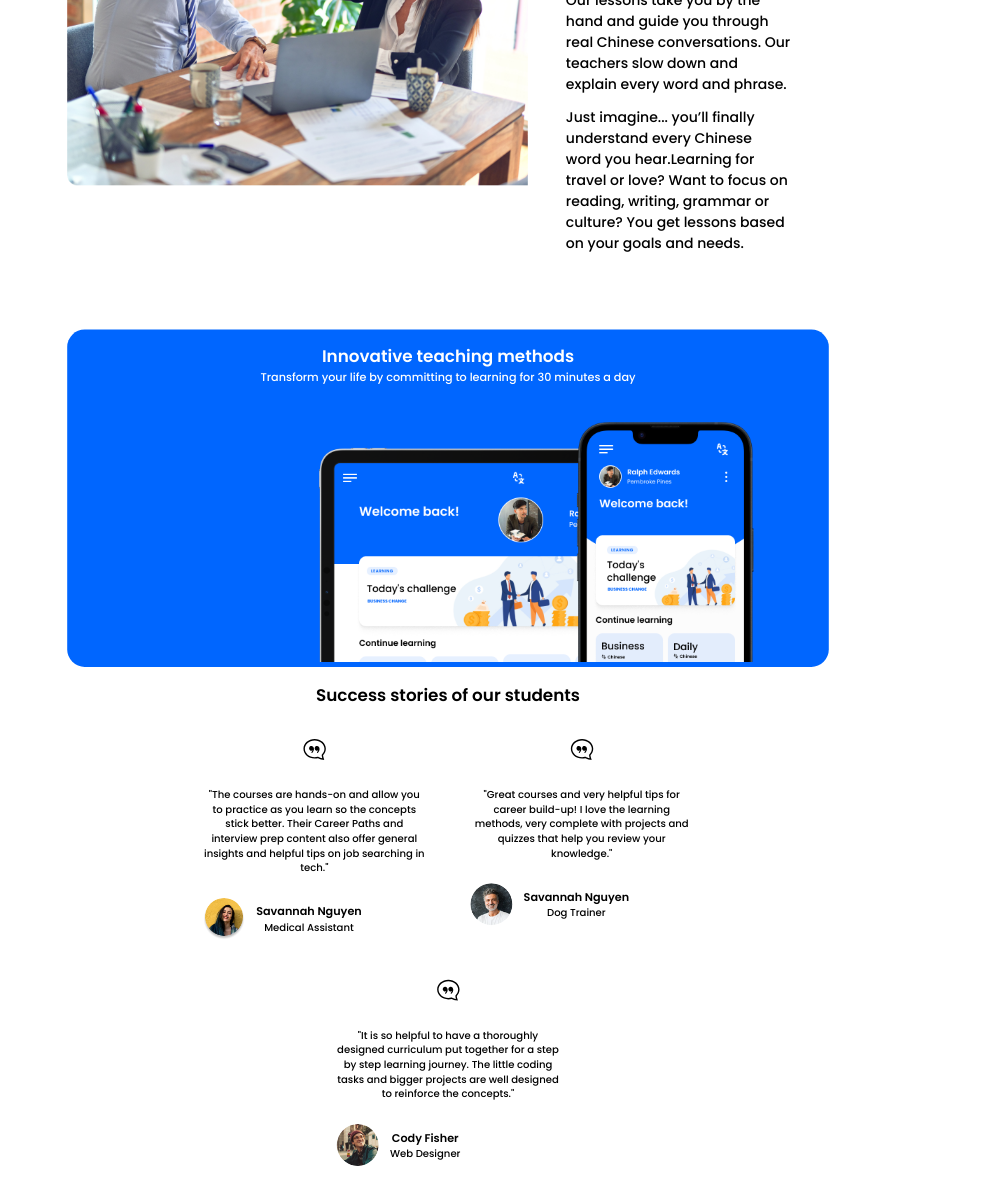
Repository: BinhIT/ChineseLearn
Page: index.html
These files come from the project's save history. The page is drawn as it stood at one moment and after the next save; the edit follows.
The browser window is 1280 px wide. The page is 1436 px wide, so the pictures cover 1436 px, including what lies to the right of the window. The pictures show the part of the page from y = 1044 to 2764 px (the page is 2764 px tall), at 70% of full size.

Above is the page before, as saved 2023-03-01 20:41:20.
Console error: ReferenceError: $ is not defined

### index.html
<!DOCTYPE html>
<html lang="en">

<head>
    <meta charset="UTF-8">
    <meta http-equiv="X-UA-Compatible" content="IE=edge">
    <meta name="viewport" content="width=device-width, initial-scale=1.0">
    <link rel="icon" type="image/x-icon" href="./image/uil_english-to-chinese.svg">
    <meta name="viewport" content="width=device-width, initial-scale=1">
    <link rel="stylesheet" href="https://cdnjs.cloudflare.com/ajax/libs/font-awesome/4.7.0/css/font-awesome.min.css">
    <meta name="viewport" content="width=device-width, initial-scale=1">
    <link rel="stylesheet" href="https://cdnjs.cloudflare.com/ajax/libs/font-awesome/4.7.0/css/font-awesome.min.css">
    <link rel="stylesheet" href="./css/header.css">
    <link rel="stylesheet" href="./css/section.css">
    <link rel="stylesheet" href="./css/stories_card.css">
    <title>Learn Chinese </title>
</head>

<body>
    <nav id="menu_header">
        <a href="javascript:void(0);" class="icon_nav" onclick="myFunction()">
            <i class="fa fa-bars"></i>
        </a>
        <label class="logo_main"><img src="./image/logo.png" alt=""></label>
        <label class="logo_mobile"><img src="./image/logo_short.png" alt=""></label>
        <ul id="menu_link">
            <li><a href="#">About us</a></li>
            <li><a href="#">Fricing</a></li>
            <li><a href="#">Help</a></li>
        </ul>
        <ul id="menu_btn">
            <button class="btn default">Sign In</button>
            <button class="btn info">Get Started</button>
        </ul>

    </nav>
    <!-- Hero section -->
    <section class="hero-section">
        <div class="row flex-container ">
            <div class="hero-col1">
                <h1>We help you learn chinese and get hired quickly</h1>
                <h4>The free, fun, and effective way to learn a language!</h4>
                <button class="btn btn_hero">Get Started</button>
            </div>
            <div class="hero-col2">
                <img src="./image/img-hero.png" alt="">
            </div>
        </div>

    </section>
    <!--End hero section -->
    <!-- Start section -->
    <section class="start-section">
        <div class="row flex-container">
            <div class="start-img">
                <img src="./image/start.png" alt="">
            </div>
            <div class="start-content">
                <h1>Start your business</h1>
                <p>Want to start speaking Chinese from your first lesson? You will! Our lessons take you by the hand and
                    guide you through real Chinese conversations. Our teachers slow down and explain every word and
                    phrase.
                </p>
                <p>
                    Just imagine... you’ll finally understand every Chinese word you hear.Learning for travel or love?
                    Want
                    to focus on reading, writing, grammar or culture? You get lessons based on your goals and needs.
                </p>
            </div>

        </div>

    </section>
    <!--End Start section -->
    <!-- Innovative section -->
    <section class="row innovative-section">
        <div class=" innovative-container">
            <div class="innovative-content">
                <h1>Innovative teaching methods</h1>
                <h4>Transform your life by committing to learning for 30 minutes a day</h4>
            </div>
            <div class="innovative-img">
                <img src="./image/innovative.png" alt="">
            </div>

        </div>

    </section>
    <!--End Innovative section -->
    <!-- Section stories student -->
    <section class="stories-section">
        <h1>Success stories of our students</h1>
        <div class="wrapper">

            <div class="card">
                <div class="card-banner">
                    <img class="icon-img" src='./image/bi_chat-quote.svg' alt=''>
                </div>
                <div class="card-body">
                    <p class="blog-description">"The courses are hands-on and allow you to practice as you learn so the
                        concepts stick better. Their Career Paths and interview prep content also offer general insights
                        and helpful tips on job searching in tech."
                    </p>
                    <div class="card-profile">
                        <img class="profile-img" src='./image/Ellipse 1.png' alt=''>
                        <div class="card-profile-info">
                            <h3 class="profile-name">Savannah Nguyen</h3>
                            <p class="profile-followers">Medical Assistant</p>
                        </div>
                    </div>
                </div>
            </div>

            <div class="card">
                <div class="card-banner">
                    <img class="icon-img" src='./image/bi_chat-quote.svg' alt=''>
                </div>
                <div class="card-body">
                    <p class="blog-description">"Great courses and very helpful tips for career build-up! I love the
                        learning methods, very complete with projects and quizzes that help you review your knowledge."
                    </p>

                    <div class="card-profile">
                        <img class="profile-img" src='./image/Ellipse 2.png' alt=''>
                        <div class="card-profile-info">
                            <h3 class="profile-name">Savannah Nguyen</h3>
                            <p class="profile-followers">Dog Trainer</p>
                        </div>
                    </div>
                </div>
            </div>

            <div class="card">
                <div class="card-banner">
                    <img class="icon-img" src='./image/bi_chat-quote.svg' alt=''>
                </div>
                <div class="card-body">
                    <p class="blog-description">"It is so helpful to have a thoroughly designed curriculum put together
                        for a step by step learning journey. The little coding tasks and bigger projects are well
                        designed to reinforce the concepts."
                    </p>

                    <div class="card-profile">
                        <img class="profile-img" src='./image/Ellipse 3.png' alt=''>
                        <div class="card-profile-info">
                            <h3 class="profile-name">Cody Fisher</h3>
                            <p class="profile-followers">Web Designer</p>
                        </div>
                    </div>
                </div>
            </div>

        </div>
    </section>
    <!--End  Section stories student -->
    <!-- Section call to action -->
    <section class="call-action-section">
        <div class="wrapper">

        </div>
    </section>
    <!--End  Section call to action -->
</body>
<script src="./js/header.js"></script>

</html>

### css/header.css
@import url('https://fonts.googleapis.com/css2?family=Poppins:wght@500;600&display=swap');



* {
    padding: 0;
    margin: 0;
    text-decoration: none;
    list-style: none;
    font-family: 'Poppins', sans-serif;

}

body {
    width: 85%;
    padding: auto;
    margin: auto;
}

#menu_header {
    display: flex;
    flex-wrap: nowrap;
    justify-content: space-between;
    align-items: center;
}

nav {
    height: 65px;
    margin: 0 auto;
    background: #ffffff;
    border-bottom: 2px solid #B3B3B3;
}

label.logo {
    font-size: 35px;
    font-weight: bold;
    color: #fff;
    padding: 0 100px;
    line-height: 80px;
}

nav ul {
    float: right;
    margin-right: 40px;
}

nav li {
    display: inline-block;
    margin: 0 8px;
    line-height: 80px;
}

nav a {
    color: #000000;
    font-size: 18px;
    font-weight: 700;
    border: 1px solid transparent;
    padding: 7px 10px;
    border-radius: 3px;
}

a.active,
a:hover {
    border: 1px solid #000000;
    transition: .5s;
}



.btn {
    border: 2px solid black;
    border-radius: 25px;
    background-color: white;
    color: black;
    font-size: 16px;
    cursor: pointer;

}

/* Blue */
.info {
    background-color: #0066FF;
    border-color: #2196F3;
    color: rgb(255, 255, 255);
    padding: 8px 28px;
}

.info:hover {
    background: #0066FF;
    color: white;
}

/* Gray */
.default {
    border-color: #e7e7e7;
    color: black;
    padding: 8px 28px;
}

.default:hover {
    background: #e7e7e7;
}

/* logo */
.logo_mobile {
    display: none;
}

#menu_header .icon_nav {
    display: none;

}



@media only screen and (max-width:854px) {
    .logo_mobile {
        display: block;
    }

    .logo_main {
        display: none;
    }

    nav {
        width: 95%;
    }

    #menu_header .icon_nav {
        display: block;
        width: 30%;
    }

    #menu_btn {
        display: contents;
        float: right;
    }

    #menu_btn .default {
        display: none;
    }

    #menu_header #menu_link {
        display: none;
    }

    .btn_header {
        font-size: 5px;
        padding: 8px 25px;
    }


}

@media only screen and (max-width: 1024px) {
    nav #icon {
        display: block;
    }

    .logo_mobile {
        display: block;
        width: 15%;
    }

    .logo_main {
        display: none;
    }

    nav a {
        font-size: 18px;
    }

    a.active,
    a:hover {
        border: none;
        color: #3498db;
    }

    nav ul.show {
        left: 0;
    }

    .btn_header {

        font-size: 8px;
    }
}

### css/section.css
/* section hero */
.row {

    margin: auto;
    padding: auto;
}

.hero-section {
    padding-top: 5%;
}

.hero-col1 {
    padding-top: 4%;
    line-height: 5em;
}

.hero-col1 h1 {
    font-size: 45px;

}

.flex-container {
    display: flex;
}

.btn_hero {
    background-color: #0066FF;
    border-color: #2196F3;
    color: rgb(255, 255, 255);
    padding: 10px 35px;
}

/* Start section */
.start-section {
    margin-top: 5%;
}

.start-content {
    padding: 5% 5%;
    margin: auto;
}

.start-content h1 {
    font-size: 40px;
}

.start-content p {
    font-size: 20px;
    padding-top: 5%;
}

/* innovative-section */
.innovative-section {
    margin-top: 5%;
    background-color: #0066FF;
    text-align: center;
    border-radius: 25px;
}

.innovative-container {
    display: flex;
    flex-direction: column;
    justify-content: space-around;
}

.innovative-content {
    display: block;
    margin-left: auto;
    margin-right: auto;
    padding: 2%;
    color: #ffffff;
}

.innovative-content h4 {
    font-weight: 300;
}

.innovative-img img {
    padding-top: 2%;
}

/* reponsive section */
@media screen and (max-width: 1265px) {
    .flex-container {
        flex-wrap: wrap;
    }

    .innovative-img img {
        max-width: 90%;
    }


}

/* tablet */
@media screen and (max-width: 1024px) {
    .hero-col1 h1 {
        font-size: 50px;

    }

    .hero-col1 h4 {
        font-size: 30px;

    }

    .innovative-img img {
        max-width: 90%;
    }
}

/* Mobile */
@media only screen and (min-width: 595px) and (max-width:765px) {
    .hero-col1 {
        line-height: 4em;
    }

    .hero-col1 h1 {
        font-size: 50px;

    }

    .hero-col1 h4 {
        font-size: 30px;

    }


    .start-img img {
        width: 85%;
    }

    .start-content h1 {
        font-size: 25px;
    }

    .start-content p {
        font-size: 15px;
    }

    .hero-col2 img {
        width: 85%;
        padding: 5% 5%;
    }

}

@media only screen and (min-width: 360px) and (max-width:594px) {
    .hero-col1 {
        line-height: 3em;
    }

    .hero-col2 img {
        padding: 5% 5%;
    }

    .hero-col1 h1 {
        font-size: 35px;
    }

    .hero-col1 h4 {
        font-size: 19px;

    }

    .start-img img {
        width: 85%;
    }

    .start-content h1 {
        font-size: 25px;
    }

    .start-content p {
        font-size: 15px;
    }

    .hero-col2 img {
        width: 85%;
        padding: 5% 5%;
    }
}

### css/stories_card.css
.wrapper {
    padding-top: 2%;
    display: flex;
    flex-wrap: wrap;
    justify-content: center;
}

.card {
    overflow: hidden;
    box-shadow: 0px 2px 20px var(--clr-gray-light);
    background: white;
    border-radius: 0.5rem;
    position: relative;
    width: 350px;
    margin: 1rem;
    transition: 250ms all ease-in-out;
    cursor: pointer;
}

.card:hover {
    transform: scale(1.05);
    box-shadow: 0px 2px 40px var(--clr-gray-light);
}

.icon-img {
    padding-top: 2%;
    height: 2rem;
    width: 14%;
}


.card-body {
    margin: 2rem 1rem 1rem 1rem;
}

.blog-hashtag {
    font-size: 0.9rem;
    font-weight: 500;
    color: var(--clr-link);
}

.blog-title {
    line-height: 1.5rem;
    margin: 1rem 0 0.5rem;
}

.blog-description {
    color: var(--clr-gray-med);
    font-size: 0.9rem;
}

.card-profile {
    display: flex;
    margin-top: 2rem;
    align-items: center;
}

.profile-img {
    width: 60px;
    height: 60px;
    object-fit: cover;
    border-radius: 50%;
}

.card-profile-info {
    margin-left: 1rem;
}

.profile-name {
    font-size: 1rem;
}

.profile-followers {
    color: var(--clr-gray-med);
    font-size: 0.9rem;
}

.stories-section {
    padding-top: 2%;
    text-align: center;
}

### js/header.js
var $animation_elements = $('.animation-element');
var $window = $(window);

function check_if_in_view() {
    var window_height = $window.height();
    var window_top_position = $window.scrollTop();
    var window_bottom_position = (window_top_position + window_height);

    $.each($animation_elements, function () {
        var $element = $(this);
        var element_height = $element.outerHeight();
        var element_top_position = $element.offset().top;
        var element_bottom_position = (element_top_position + element_height);

        //check to see if this current container is within viewport
        if ((element_bottom_position >= window_top_position) &&
            (element_top_position <= window_bottom_position)) {
            $element.addClass('in-view');
        } else {
            $element.removeClass('in-view');
        }
    });
}

$window.on('scroll resize', check_if_in_view);
$window.trigger('scroll');

After the next save:
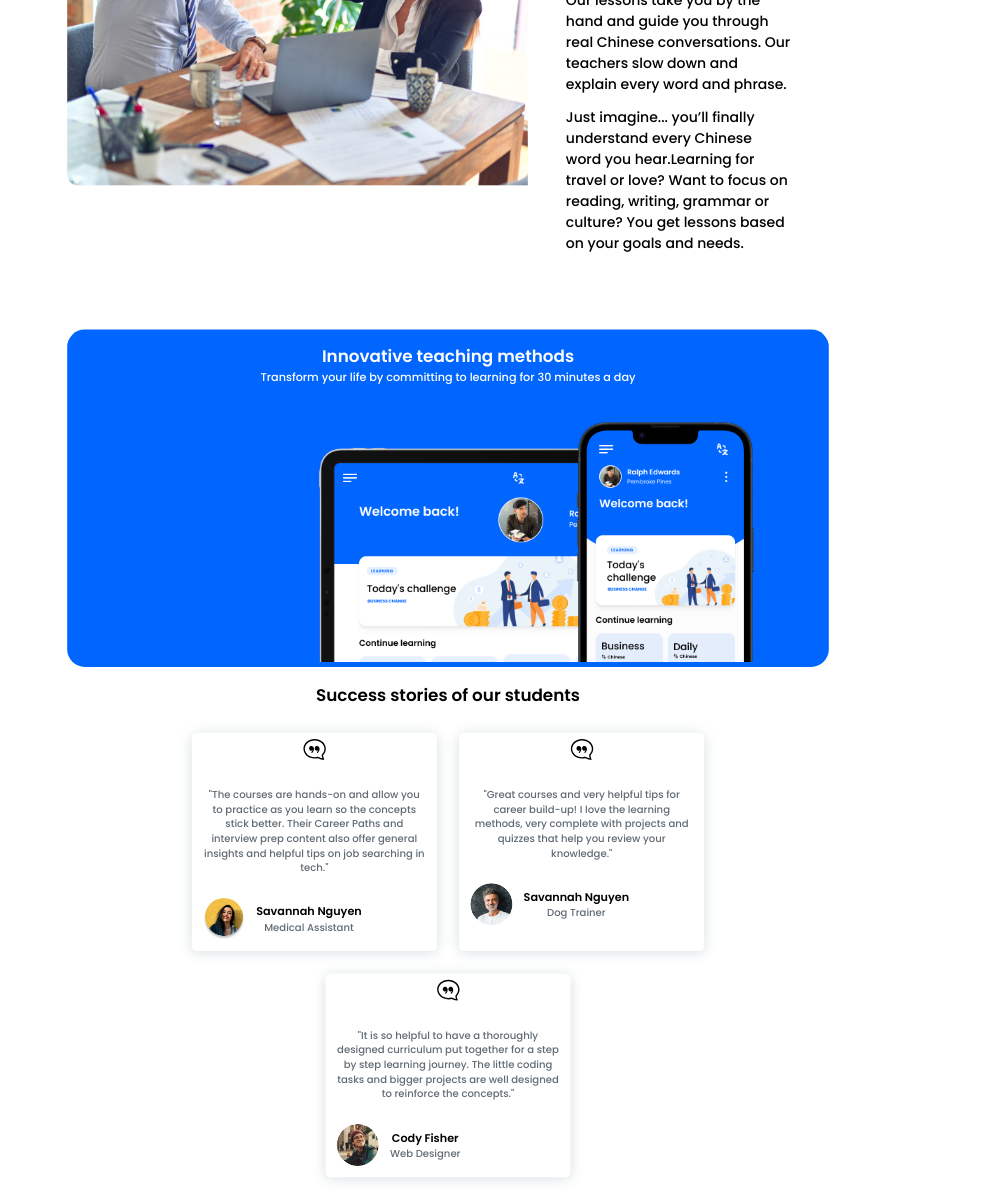
Saved 43 s later.
--- a/css/stories_card.css
+++ b/css/stories_card.css
@@ -1,3 +1,13 @@
+:root {
+    --clr-gray-light: #d7dfe2;
+    --clr-gray-med: #616b74;
+    --clr-gray-dark: #414b56;
+    --clr-link: #4d97b2;
+    --clr-popular: #ef257a;
+    --clr-technology: #651fff;
+    --clr-psychology: #e85808;
+}
+
 .wrapper {
     padding-top: 2%;
     display: flex;
